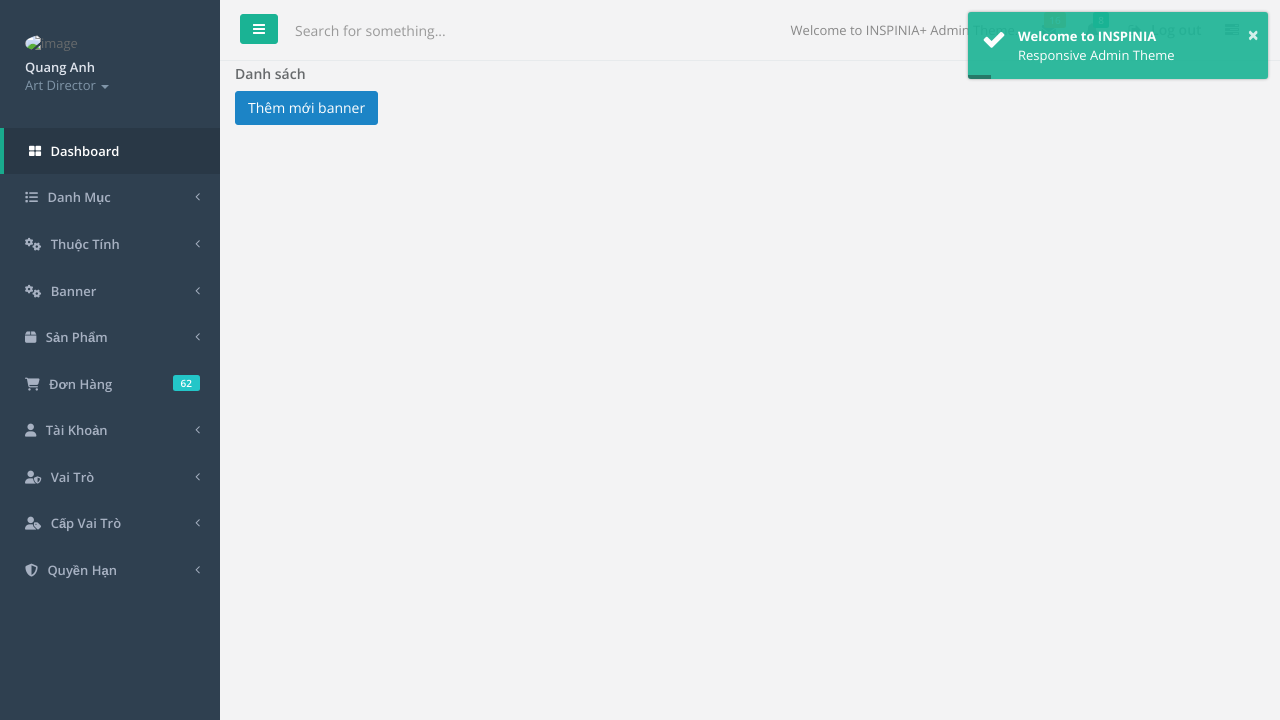
Repository: anhnqph37744/datn-nalure-fishing
Page: http://localhost/dashboard/banner
These files come from the project's save history. The page is drawn as it stood at one moment and after a run of saves; the edit follows.
The browser window is 1280 px wide. The pictures show the whole page.
The page is served by the project's Laravel application, run on PHP 8.4 with Laravel 10. Queries for data that is not in the repository find no rows.

Above is the page before, as saved 2025-03-17 15:37:04.
Console error: TypeError: Cannot read properties of undefined (reading 'plugins')

After the next 3 saves:
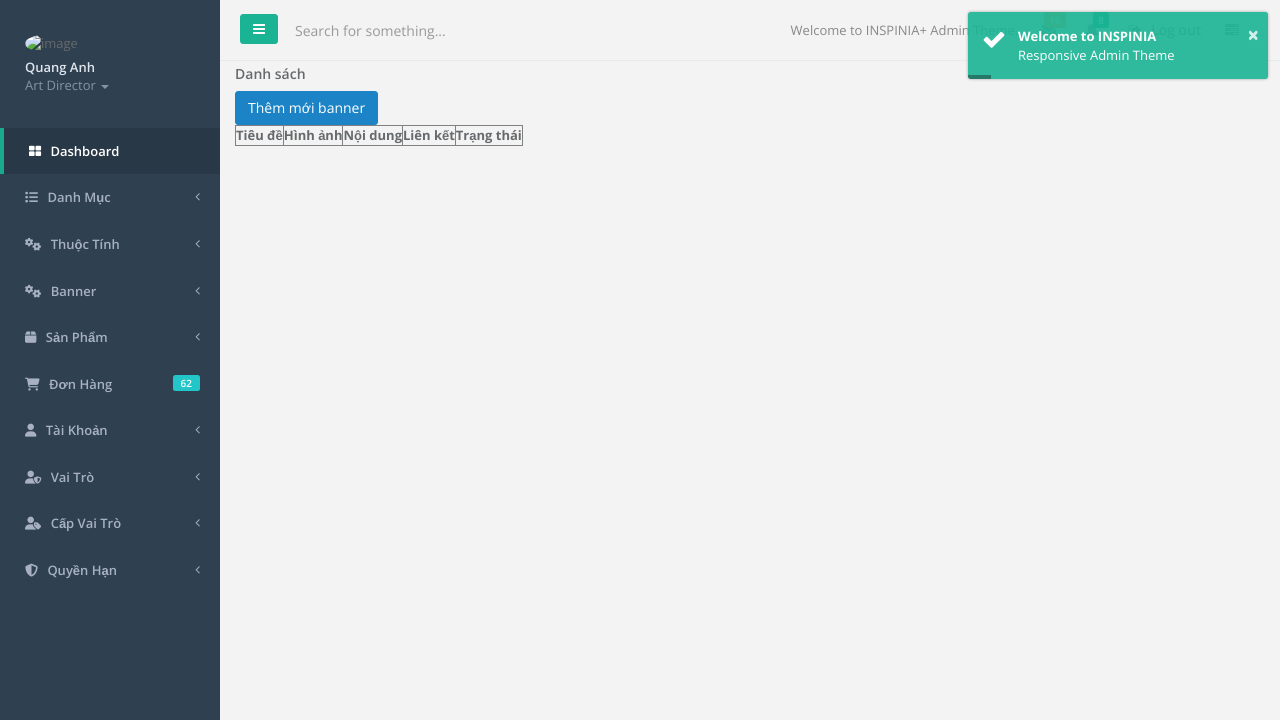
The 3 saves are shown as one change because 1 did not build or start and some came seconds apart.
The last was saved 7 min 11 s later.
--- a/resources/views/admin/banner/index.blade.php
+++ b/resources/views/admin/banner/index.blade.php
@@ -190,13 +190,34 @@
                                         class="ri-add-line align-bottom me-1"></i> Thêm mới banner</a>
                             </div>
                         </div><!-- end card header -->
-                        @foreach ($banners as $banner)
-                            <tr>
-                                <td>{{ $banner->title }}</td>
-                                <td><img src="{{ asset($banner->hinhAnhBanners->first()->image_path ?? 'default.jpg') }}"
-                                        width="100"></td>
-                            </tr>
-                        @endforeach
+                        <table border="1">
+                            <thead>
+                                <tr>
+                                    <th>Tiêu đề</th>
+                                    <th>Hình ảnh</th>
+                                    <th>Nội dung</th>
+                                    <th>Liên kết</th>
+                                    <th>Trạng thái</th>
+                                </tr>
+                            </thead>
+                            <tbody>
+                                @foreach($banners as $post)
+                                <tr>
+                                    <td>{{ $post->title }}</td>
+                                    <td><img src="{{ $post->image }}" width="100"></td>
+                                    <td>{{ $post->content }}</td>
+                                    <td>
+                                        @if($post->link)
+                                            <a href="{{ $post->link }}" target="_blank">Xem</a>
+                                        @else
+                                            Không có
+                                        @endif
+                                    </td>
+                                    <td>{{ $post->active ? 'Hoạt động' : 'Không hoạt động' }}</td>
+                                </tr>
+                                @endforeach
+                            </tbody>
+                        </table>
                         <div class="card-body">
                             <div id="table-gridjs"></div>
                         </div><!-- end card-body -->
